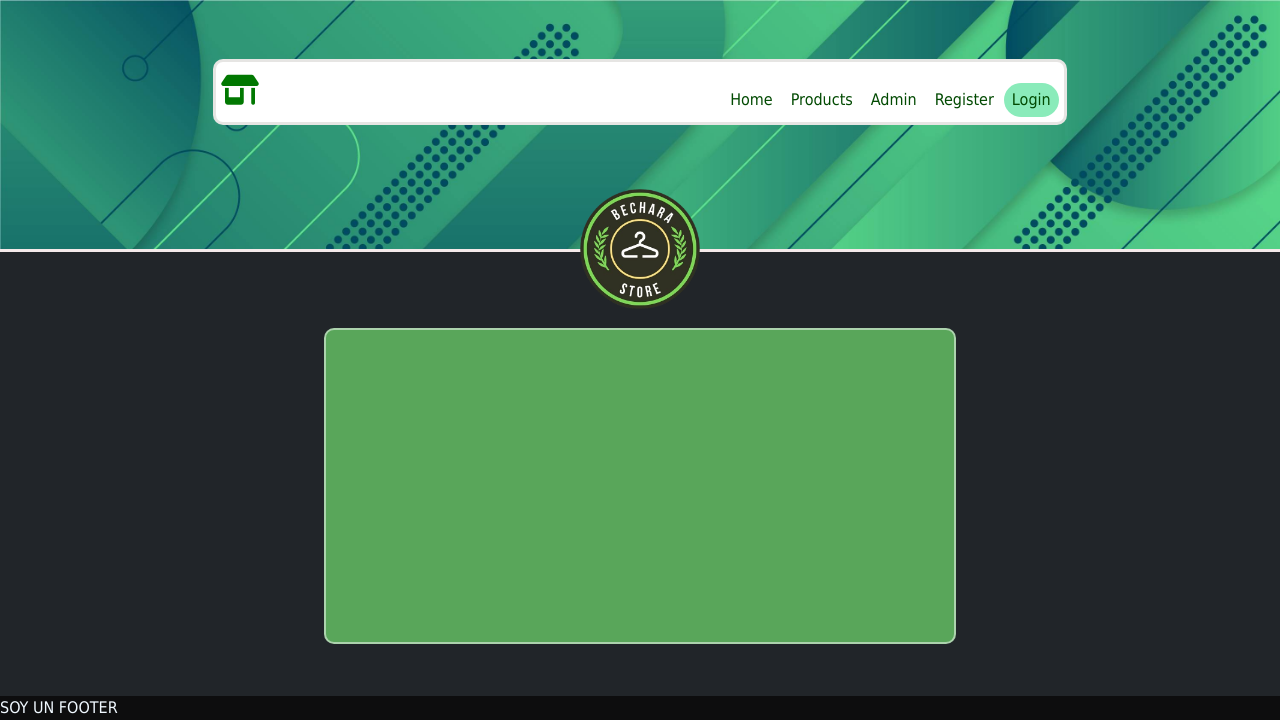
Repository: bechara611/becharastore
Page: /auth
These files come from the project's save history. The page is drawn as it stood at one moment and after the next save; the edit follows.
The browser window is 1280 px wide. The pictures show the whole page.
The project was rebuilt for these pictures with package versions that can differ from the ones it lists, and the page was loaded fresh each time. Also part of the build but not shown: src/Auth/components/Register.jsx.

Above is the page before, as saved 2023-01-27 15:30:10.

### public/index.html
<!DOCTYPE html>
<html lang="en">
  <head>
    <meta charset="utf-8" />
    <link rel="icon" href="%PUBLIC_URL%/favicon.ico" />
    <meta name="viewport" content="width=device-width, initial-scale=1" />
    <meta name="theme-color" content="#000000" />
    <meta
      name="description"
      content="Web site created using create-react-app"
    />
    <link rel="apple-touch-icon" href="%PUBLIC_URL%/logo192.png" />
    <link rel="preconnect" href="https://fonts.googleapis.com">
    <link rel="stylesheet" href="https://cdnjs.cloudflare.com/ajax/libs/font-awesome/6.2.1/css/all.min.css" integrity="sha512-MV7K8+y+gLIBoVD59lQIYicR65iaqukzvf/nwasF0nqhPay5w/9lJmVM2hMDcnK1OnMGCdVK+iQrJ7lzPJQd1w==" crossorigin="anonymous" referrerpolicy="no-referrer" />
<link rel="preconnect" href="https://fonts.gstatic.com" crossorigin>
<link rel="preconnect" href="https://fonts.googleapis.com">
<link rel="preconnect" href="https://fonts.gstatic.com" crossorigin>
<link href="https://fonts.googleapis.com/css2?family=Montserrat:ital,wght@0,100;0,200;0,300;0,400;0,500;0,600;0,700;0,800;0,900;1,100;1,200;1,300;1,500;1,700;1,800;1,900&family=Shadows+Into+Light&display=swap" rel="stylesheet">
    <!--
      manifest.json provides metadata used when your web app is installed on a
      user's mobile device or desktop. See https://developers.google.com/web/fundamentals/web-app-manifest/
    -->
    <link rel="manifest" href="%PUBLIC_URL%/manifest.json" />
    <!--
      Notice the use of %PUBLIC_URL% in the tags above.
      It will be replaced with the URL of the `public` folder during the build.
      Only files inside the `public` folder can be referenced from the HTML.

      Unlike "/favicon.ico" or "favicon.ico", "%PUBLIC_URL%/favicon.ico" will
      work correctly both with client-side routing and a non-root public URL.
      Learn how to configure a non-root public URL by running `npm run build`.
    -->

<link href="https://cdn.jsdelivr.net/npm/bootstrap@5.2.3/dist/css/bootstrap.min.css" rel="stylesheet" >


  </head>
  <body>
    <noscript>You need to enable JavaScript to run this app.</noscript>
    <div id="root"></div>
    <!--
      This HTML file is a template.
      If you open it directly in the browser, you will see an empty page.

      You can add webfonts, meta tags, or analytics to this file.
      The build step will place the bundled scripts into the <body> tag.

      To begin the development, run `npm start` or `yarn start`.
      To create a production bundle, use `npm run build` or `yarn build`.
    -->
    <script src="https://cdn.jsdelivr.net/npm/bootstrap@5.2.3/dist/js/bootstrap.bundle.min.js" integrity="sha384-kenU1KFdBIe4zVF0s0G1M5b4hcpxyD9F7jL+jjXkk+Q2h455rYXK/7HAuoJl+0I4" crossorigin="anonymous"></script>
  </body>

</html>

### src/index.js
import React from 'react';
import ReactDOM from 'react-dom/client';
import './index.css';
import {App} from './App';
import { BrowserRouter } from 'react-router-dom';
import 'animate.css';

const root = ReactDOM.createRoot(document.getElementById('root'));
root.render(
    <BrowserRouter>
    <App />
    </BrowserRouter>
);

### src/index.css

:root {
    --verde1: rgb(2, 74, 2);
    --verde2:rgb(1, 120, 1);
    --verde3:rgb(23, 215, 119,.5);
  }


*{
    color: aliceblue;
    /* font-family: 'Montserrat', sans-serif; */
    font-family: 'Droid Sans', Tahoma, Geneva, Verdana, sans-serif;

}

.fondito{
    background: red;
}
.fondito2{
    background: purple;
}

### src/App.jsx
import React from 'react'
import { Caparazon } from './UI/Components/Caparazon'
import { ContenedorPrincipal } from './UI/Components/ContenedorPrincipal'
import { Header } from './UI/Components/Header'
import { Footer } from './UI/Components/Footer'
import { MainCuerpo } from './UI/Components/MainCuerpo'
export const App = () => {
  return (
    <>
      {/*Primero el caparazon de la pagina, que es un div que tiene un 100vh de altura, el cual en el obtiene a sus children:
    esto children son el Header ocupando el 30vh y el Contenedor Principal ocupando el 70vh restante.
  */}
      <Caparazon>
        <Header></Header>
        <ContenedorPrincipal> {/*El contenedor principal a su vez lleva sus hijos dos elementos, el footer que le pusimos absolute para ubicarlo de ultimo y el MainCuerpo que tienes las rutas */}
          <MainCuerpo></MainCuerpo>{/*Este MainCuerpo tiene las rutas de la aplicacion, es el main de la pagina y lo que va a cambiar dependiendo donde estemos */}


          <Footer></Footer>  {/*Este es el footer que utilizamos para el pie de pagina, tiene posicion absolute como dije anteriormnete */}
        </ContenedorPrincipal>


      </Caparazon>
    </>

  )
}

### src/UI/Components/Caparazon.jsx
import React from 'react'
import './Caparazon.css'
export const Caparazon = ({ children }) => {
    return (
        <>
{/*Caparazon princiapal donde el mismo tiene un flex en colum, adentro tiene sus hijos que son un div que
ocupe el 70vh donde eesta todo lo demas y el 30vh primero es del header */}
            <div className='caparazonPrincipal bg-dark'>

                {children}

            </div>
        </>
    )
}

### src/UI/Components/ContenedorPrincipal.jsx
import React from 'react'
import './ContenedorPrincipal.css'
export const ContenedorPrincipal = ({ children }) => {
  return (
    <div className='ContenedorPrincipal'>
    {/*Aca de hijos tendran las rutas para verse en el medio y el footer, este tiene un position relative para que su hijo footer pueda
  ubicarse en la parte de abajo */}
      {children}
    </div>
  )
}

### src/UI/Components/Header.jsx
import React from 'react'
import './Header.css'
import { MenuNavbar } from './MenuNavbar'
import brand from './../../img/brand2.png'


export const Header = () => {
  return (
    <>
      {/*El header ocupa el 30vh de la pagina, el primer div lo tiene, aca se incorpora el nav y el logo. */}
      <div className="header">
        <div className="col-12">


          <MenuNavbar></MenuNavbar>
          <div className="row">
            <div className="col-12 filaLogoHeader">
              <img src={brand} className='brand animate__animated animate__flip' id='brand' alt="brand" />

            </div>
          </div>

        </div>

      </div>



    </>
  )
}

### src/UI/Components/Footer.jsx
import React from 'react'
import './Footer.css'
export const Footer = () => {
  return (
    <>
    {/*Aca este footer le estamos colocando una posicion absolute y a su padre relativa para poder ubicarlo al final de su div padre */}
    <div className="footer col-12">SOY UN FOOTER</div>
    </>

  )
}

### src/UI/Components/MainCuerpo.jsx
import React from 'react'
import { RouterApp } from '../../router/Routes'
import './MainCuerpo.css'

export const MainCuerpo = () => {

  return (
    <>
    {/*Aca se guardan las rutas como tal de la aplicacion y es llamado adentro de contenedorPrincipal */}
    <RouterApp></RouterApp>
    </>
    )
}

### src/UI/Components/Caparazon.css
/*Estilos del caparazon como tal principal*/
    /*Aca colocamos que el caparazonPrincipal ocupa toda la pantalla, y una direccion en column para que el header sea de 30vh y el resto el otro div  */
.caparazonPrincipal{
    display: flex;
    flex-direction: column;
    justify-content: space-between;
    min-height: 100vh;

}

### src/UI/Components/ContenedorPrincipal.css
/*Aca al contenedor ponemos positionRelative para que el footer pueda tener una posicion absoluta y se pueda posicionar al final*/
.ContenedorPrincipal{
    min-height: 65vh;

    position: relative;
}

### src/UI/Components/Header.css
.header {
    display: flex;
    background: rgb(157, 240, 194) url("./../../img/Header2.jpg");
    background-color: rgb(18, 18, 18);
    background-repeat: no-repeat;
    background-attachment: fixed;
    background-size: cover;
    background-position: top center;
    min-height: 30%;
    height: 35vh;
    max-height: 35vh;
    width: 100%;
    min-width: 100%;
    position: relative;
    border-bottom: 3px solid rgb(244, 233, 233);
}

/*Aca estoy posicion en el medio el logo como tal del header y luego abajo le pongo una posicion absolute para moverlo*/
.filaLogoHeader {
    display: flex;
    flex-direction: row;
    justify-content: center;

}

.brand {
    width: 150px;
    height: 150px;
    max-height: 150px;
    max-width: 150px;
    min-height: 150px;
    position: absolute;
    bottom: -30%;
  z-index: 1000;

}

/*?RESPONSIVE*/


@media(max-width:500px){

    .brand {
        width: 120px;
        height:120px;
        max-height: 120px;
        max-width: 120px;
        min-height: 120px;
        position: absolute;
        bottom: 0%;

    }
}

### src/UI/Components/MenuNavbar.jsx
import React from 'react'
import { NavLink } from 'react-router-dom';
import { Animacionlogo } from '../helper/AnimacionAlLogo';
import './MenuNavbar.css'

export const MenuNavbar = () => {
    return (
        <>
            {/**Aca va el navBar de la aplicacion que tendra el menu */}
            <div className="col-12 contenedor-nav">
                <nav className="navbar navbar-expand-md  menunav col-8 ">


                  <NavLink to={'/'}> <i className="fa-solid fa-shop marca"></i></NavLink>


                    <button
                        className="navbar-toggler"
                        type="button"
                        data-bs-toggle="collapse"
                        data-bs-target="#navbarNavAltMarkup"
                        aria-controls="navbarNavAltMarkup"
                        aria-expanded="false"
                        aria-label="Show / Hide Menu"
                    >
                        <span className="navbar-toggler-icon"></span>
                    </button>
                    <div className="collapse navbar-collapse mt-3" id="navbarNavAltMarkup">
                        <div className="navbar-nav col-12  contenedor-interno-nav">
                            <NavLink className={ ({isActive}) => `nav-item nav-link  ${ isActive ? 'activeLink':'' }` } to={'/'} onClick={()=>Animacionlogo()}>
                            Home</NavLink>

                            <NavLink className={ ({isActive}) => `nav-item nav-link  ${ isActive ? 'activeLink':'' }` } to={'/Products'} onClick={()=>Animacionlogo()}>Products</NavLink>
                            <NavLink className={ ({isActive}) => `nav-item nav-link  ${ isActive ? 'activeLink':'' }` } to={'/admin'} onClick={()=>Animacionlogo()}>Admin</NavLink>
                            <NavLink className={ ({isActive}) => `nav-item nav-link  ${ isActive ? 'activeLink':'' }` } to={'/Register'} onClick={()=>Animacionlogo()}>Register</NavLink>
                            <NavLink className={ ({isActive}) => `nav-item nav-link   ${ isActive ? 'activeLink':'' }` } to={'/auth'} onClick={()=>Animacionlogo()}>Login</NavLink>
                            </div>
                    </div>
                </nav>
            </div>
        </>
    )
}

### src/UI/Components/Footer.css
.footer{
    background: rgb(13, 13, 14);
    position: absolute;
    bottom: 0%;

}

### src/router/Routes.jsx
import React from 'react'
import { Navigate, Route, Routes } from 'react-router-dom'
import { Login } from '../Auth/components/Login'
import { Register } from '../Auth/components/Register'

/*Este componente es nuestro router, que segun la URL donde estemos mostrada:
1) Una pagina Home
2) Pagina de registro
3) Pagina de login
4) Pagina de Productos
*/

export const RouterApp = () => {
  return (
    <Routes>
    <Route path='/' element={<h1>Home</h1>}></Route>
    <Route path='/auth' element={<Login></Login>}></Route>
    <Route path='/Register' element={<Register></Register>}></Route>
    <Route path='/Products' element={<h1>Productos</h1>}></Route>
    <Route path='/admin' element={<h1>Admin</h1>}></Route>
    <Route path='/*' element={<Navigate to={'/'}></Navigate>}></Route>
    </Routes>
  )
}

### src/UI/helper/AnimacionAlLogo.js
export const Animacionlogo=()=>{
    const elemento= document.getElementById('brand');
    elemento.classList.remove('animate__flip')

    setTimeout(() => {
     elemento.classList.add('animate__flip')
    }, 200);
    return true;
}

### src/UI/Components/MenuNavbar.css
.contenedor-nav {
    position: fixed;
    display: flex;
    flex-direction: row;
    justify-content: center;
    align-self: center;
    align-items: center;
    position: absolute;
    bottom: 50%;
    z-index: 2;

}
.marca{
 font-size: 30px;
 color: black;
 color: var(--verde2);
 padding-right: 10px;

}

.menunav {
    background: rgba(255, 255, 255, 1);
    border-radius: 10px;
    padding: 5px;
    border: 3px solid rgba(205, 204, 200, 0.5);
    flex-wrap: wrap;
    display: flex;

}

/*Esta parte es el contenedor que tiene el navbar de los navLink es decir, menu como tal.
Estoy diciendo que normalmente estaran a la derecha.
*/
.contenedor-interno-nav {
    display: flex;
    flex-direction: row;
    justify-content: flex-end;
    flex-wrap: wrap;

}
/*Diseno a los links como tal*/
.nav-link{
    margin-left: 2px;
    color: var(--verde1);
    font-weight: 400;
    background: rgb(44, 232, 138,0);
    border-radius: 30px;
    padding: 5px;

}
.nav-link:hover{
   color: var(--verde2)

}
.activeLink{  background: var(--verde3);
    border-radius: 30px;}

/**-----------------------------------------------------------------------------*/

/*?RESPONSIVE*/

/*Para este apartado cuando llegue a cierto tamaño como tal el nav se pondra mas abajo para que al darle al boton se abra y se pueda apreciar y no quede muy arriba*/
@media(max-width:500px) {
    .contenedor-nav {
       position: sticky;

    }
    /*Aca haces que el navBar tenga todo el tamaño al llegar a dispositivos pequeños*/
    .menunav {
        width: 100%;

    }
}

/*SERIE DE RESPONSIVES A LOS PADDING DE LAS OPCIONES DEL MENU*/

@media(max-width:375px){
    .nav-link{
        margin-left: 5px;
    }
}

@media(max-width:262px){
    .nav-link{
        margin-left: 10px;
    }
    .menunav{
        justify-content: center;
        text-align: center;
        align-items: center;
        align-self: center;
    }
}

/*Necesidad de que el nav el menu se pongan o separados o uno debajo del otro cuando se active el boton del collapse*/
@media(max-width:992px) {
    .contenedor-interno-nav {
        justify-content: space-around;
    }
}

### src/Auth/components/Login.jsx
import React from 'react'
import './Login.css'
export const Login = () => {
  return (
    <>
    <div className="contenedor-login col-12">
    <div className="col-12 col-sm-10 col-md-8 col-lg-6 contenedor-form ">


    </div>

    </div>
    </>
  )
}

### src/Auth/components/Login.css
/*Aca estamos poniendo el tamano del contenedor en 65vh para que sea igual que el espacio que le dimo a
contenedorPrincipal y asi poder centrar el div que tiene el login o registro*/
.contenedor-login {
    height: 65vh;
    display: flex;
    flex-direction: row;
    justify-content: center;
    align-items: center;
    padding: 8px;

}

.contenedor-form {
    background: rgb(96, 181, 96,.9);
    border-radius: 10px;
    border: 2px solid rgb(255, 255, 255,.5);
    height: 70%;
}

Loaded but not shown: src/UI/Components/MainCuerpo.css (no stored copy; drawn as an empty file)

After the next save:
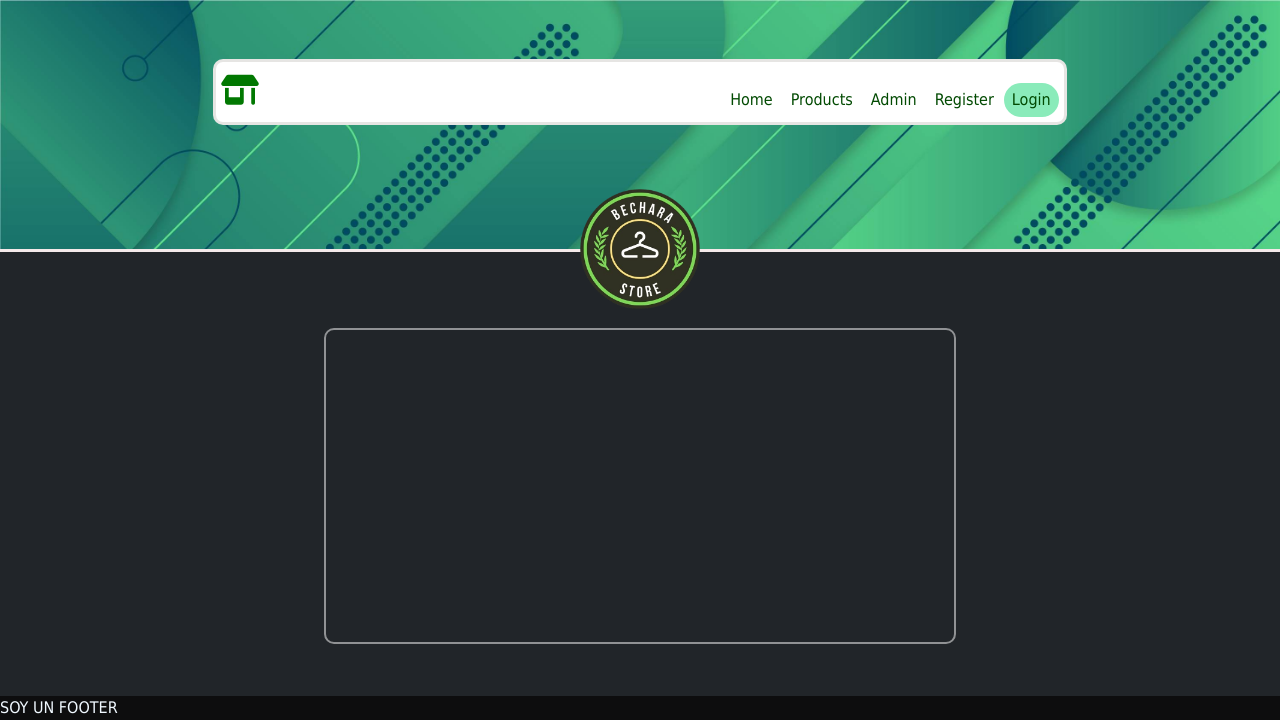
Saved 13 s later.
--- a/src/Auth/components/Login.css
+++ b/src/Auth/components/Login.css
@@ -11,7 +11,7 @@
 }
 
 .contenedor-form {
-    background: rgb(96, 181, 96,.9);
+
     border-radius: 10px;
     border: 2px solid rgb(255, 255, 255,.5);
     height: 70%;

After the save that followed:
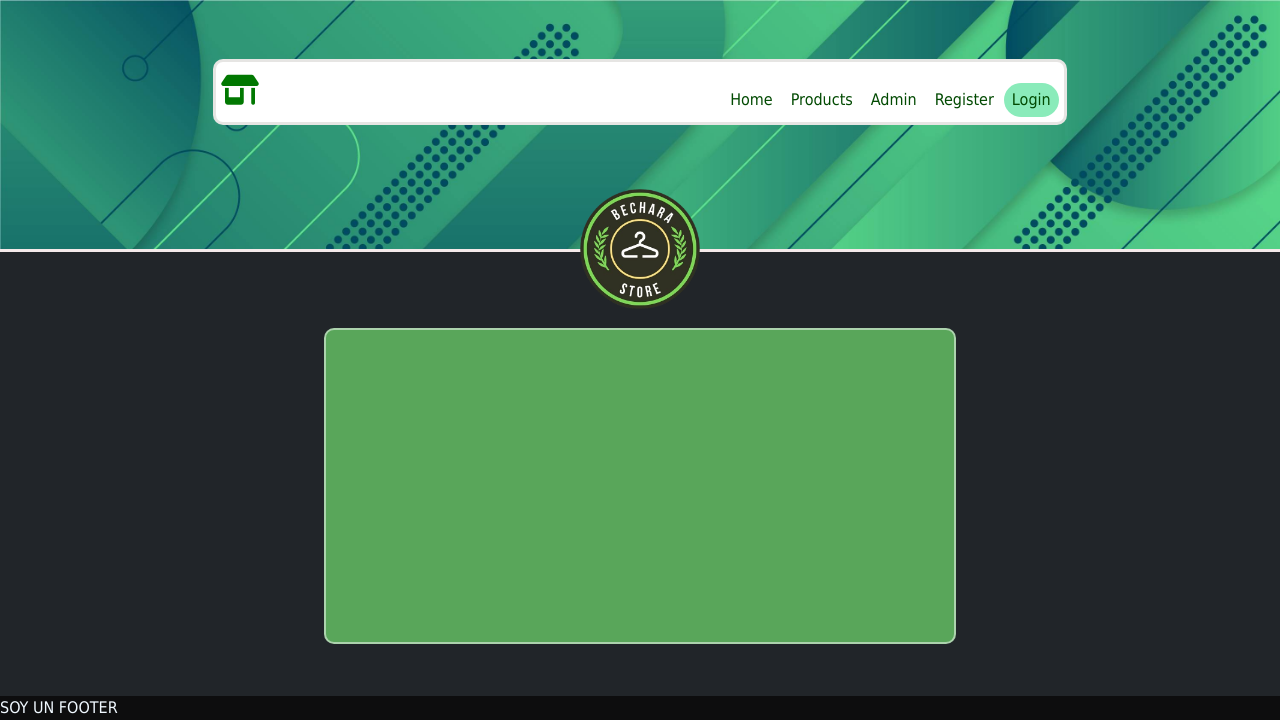
Saved 7 s later.
--- a/src/Auth/components/Login.css
+++ b/src/Auth/components/Login.css
@@ -11,7 +11,7 @@
 }
 
 .contenedor-form {
-
+    background: rgb(96, 181, 96,.9);
     border-radius: 10px;
     border: 2px solid rgb(255, 255, 255,.5);
     height: 70%;
